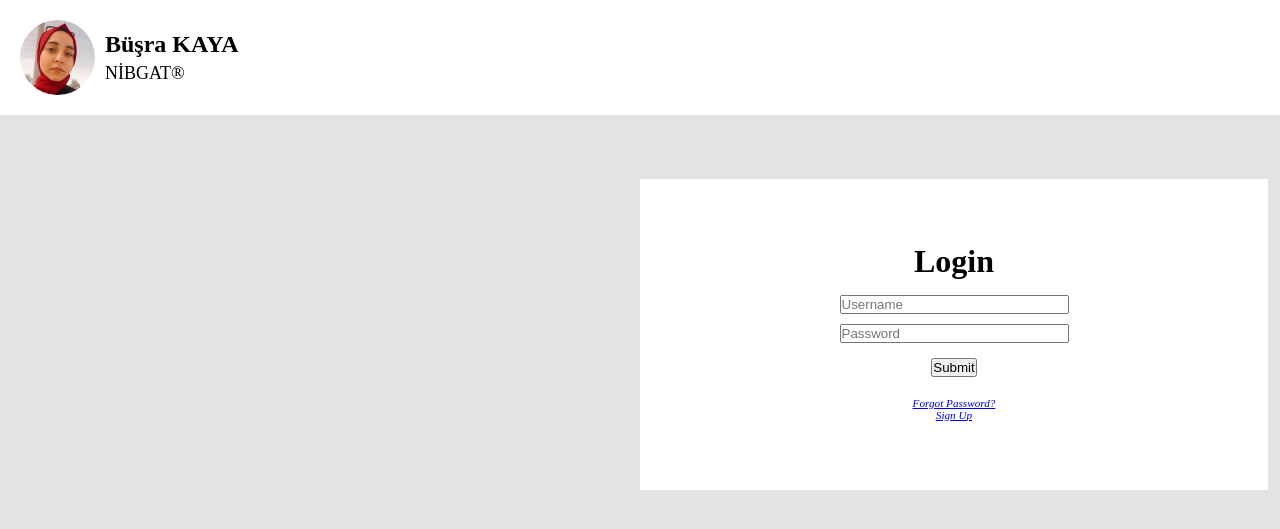
Repository: busra-kayaa/LoginPage
Page: login.html
These files come from the project's save history. The page is drawn as it stood at one moment and after a run of saves; the edit follows.
The browser window is 1280 px wide. The pictures show the whole page.

Above is the page before, as saved 2024-01-02 18:19:22.

### login.html
<!DOCTYPE html>
<html>
    <head>
        <title>Login Page</title>
        <link rel="stylesheet" href="./style.css" type="text/css"/>
    </head>
    <body>
        <div class="header-container">
            <div
                class="header-left-side-container"
            >
                <img
                    src="./busra.jpg"
                    height="75px"
                    width="75px"
                    class="logo"
                />
                <div class="header-desc-container">
                    <span class="header-title">
                        Büşra KAYA
                    </span>
                    <span class="header-content">
                        NİBGAT®
                    </span>
                </div>
            </div>
        </div>
        <div class="login-from-container">
          <div class ="login-text"><h1>Login</h1></div>
            <div class="input-group1">
                <i class="fa fa-user"></i>
                <input
                    type="text"
                    placeholder="Username"
                    class="input-text"
                    autocomplete="off"
                />
            </div>
            <div class="input-group2">
                <i class="fa fa-unclok-alt"></i>
                <input
                    type="password"
                    placeholder="Password"
                    class="input-text"
                    autocomplete="off"
                />
            </div>
            <div class="subgroup">
                <div class="button-group" id="login-button">
                    <button onclick="alert('Bilgileriniz Başarıyla Alınmıştır.')">Submit</button>
                </div>
                <div class="footer">
                    <a href="#" target="_blank">Forgot Password? </a>
                    <a href="#" target="_blank">Sign Up</a>
                </div>
            </div>
        </div>
    </body>
</html>

### style.css

* {
    padding: 0;
    margin: 0;
}

body {
    background-color: #e3e3e3;
}

.header-container {
    justify-content: space-between;
    background-color: #ffffff;
    flex-direction: row;
    align-items: center;
    padding: 20px;
    display: flex;
}

.header-left-side-container {
    flex-direction: row;
    align-items: center;
    display: flex;
}

.logo {
    border-radius: 50%;
    margin-right: 10px;
}

.header-desc-container {
    display: flex;
    flex-direction: column;
}

.header-title {
    display: flex;
    flex-direction:column;
    font-weight: bold;
    font-size: 24px;
    margin-bottom: 5px;
}

.header-content {
    font-weight:normal;
    font-size: 18px;
    color:rgb(0, 0, 0);
}

.login-from-container {
    background-color: #ffffff;
    flex-direction: column;
    align-items: center;
    text-align: center;
    display: flex;
    margin-top: 5%;
    margin-bottom: 5%;
    margin-right: 50%;
    margin-left: 50%;
    padding: 5%;
    width: 500px;
}

.login-text {
    padding-bottom: 15px;
}

.input-group1 {
    margin-bottom: 5px;
}
.input-text {
    width: 225px;
}

.input-group2 {
    margin-top: 5px;
}

.button-group {
    color: black ;
    border: none;
    color: white;
    text-align: center;
    text-decoration: none;
    display: inline-block;
    font-size: 16px;
    margin: 15px 2px;
    cursor: pointer;
}

.footer {
    margin: 5px;
    display: flex;
    flex-direction:column;
    font-size: 70%;
    font-style: italic;
}

After the next 2 saves:
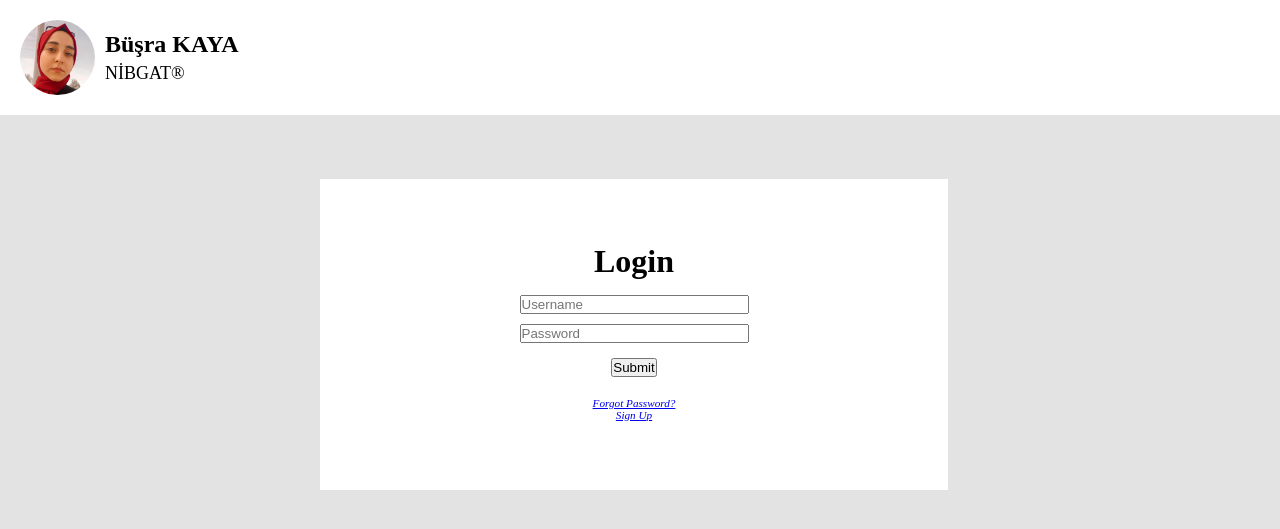
The 2 saves are shown as one change because they came seconds apart.
The last was saved 13 s later.
--- a/style.css
+++ b/style.css
@@ -55,8 +55,8 @@ body {
     display: flex;
     margin-top: 5%;
     margin-bottom: 5%;
-    margin-right: 50%;
-    margin-left: 50%;
+    margin-right: 25%;
+    margin-left: 25%;
     padding: 5%;
     width: 500px;
 }
